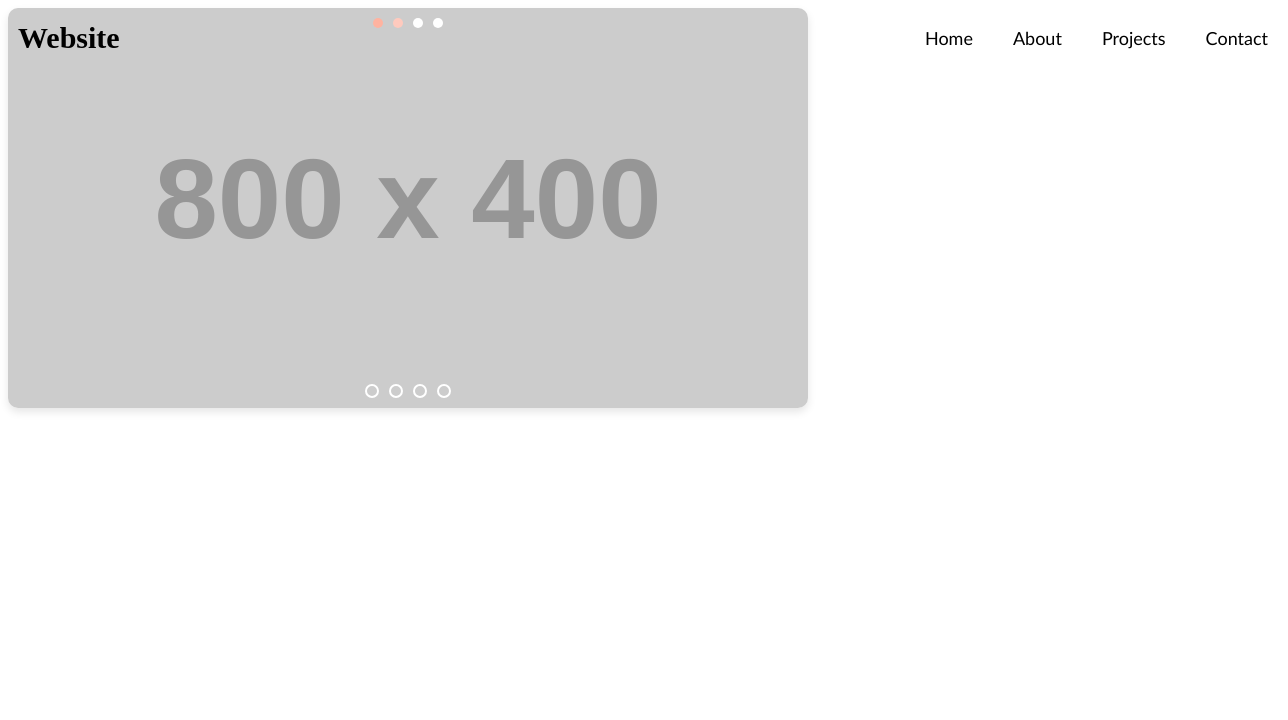
Repository: alishbah7/Choice1
Page: index.html
The author's editor kept a copy of each file at every save. The page is drawn from the files as they stood at one save, then again after the next save.
The browser window is 1280 px wide. The page is 1288 px wide, so the pictures cover 1288 px, including what lies to the right of the window. The pictures show the whole page.

Above is the page before, as saved 2024-11-23 20:40:39.

### index.html
<!DOCTYPE html>
<html lang="en">
<head>
    <meta charset="UTF-8">
    <meta name="viewport" content="width=device-width, initial-scale=1.0">
    <title>Navbar</title>

    <!--=== CSS ===-->
    <link rel="stylesheet" href="style.css">

    <!--=== BOXICONS ===-->
    <link href='https://unpkg.com/boxicons@2.1.4/css/boxicons.min.css' rel='stylesheet' />
</head>
<body>
    <!------------ header ------------>
    <header>
        <h1>Website</h1>

        <input type="checkbox" id="check" />
        <label for="check" class="icon">
            <i class="bx bx-menu" id="menu-icon"></i>
            <i class="bx bx-x" id="close-icon"></i>
        </label>

        <nav class="navbar">
            <a href="#" class="nav-item" style="--i: 1" data-aos="fade-down">Home</a>
            <a href="#" class="nav-item" style="--i: 2" data-aos="fade-down">About</a>
            <a href="#" class="nav-item" style="--i: 3" data-aos="fade-down">Projects</a>
            <a href="#" class="nav-item" style="--i: 4" data-aos="fade-down">Contact</a>
        </nav>
    </header>

    <!------------ home ------------>
    <div class="slider">
        <div class="slides">
          <!-- Radio Buttons for Manual Navigation -->
          <input type="radio" name="radio-btn" id="slide1" checked>
          <input type="radio" name="radio-btn" id="slide2">
          <input type="radio" name="radio-btn" id="slide3">
          <input type="radio" name="radio-btn" id="slide4">

          <!-- Slide Images -->
          <div class="slide first">
            <img src="https://via.placeholder.com/800x400?text=Slide+1" alt="Slide 1">
          </div>
          <div class="slide">
            <img src="https://via.placeholder.com/800x400?text=Slide+2" alt="Slide 2">
          </div>
          <div class="slide">
            <img src="https://via.placeholder.com/800x400?text=Slide+3" alt="Slide 3">
          </div>
          <div class="slide">
            <img src="https://via.placeholder.com/800x400?text=Slide+4" alt="Slide 4">
          </div>

          <!-- Automatic Navigation -->
          <div class="navigation-auto">
            <div class="auto-btn1"></div>
            <div class="auto-btn2"></div>
            <div class="auto-btn3"></div>
            <div class="auto-btn4"></div>
          </div>

          <!-- Manual Navigation -->
          <div class="navigation-manual">
            <label for="slide1" class="manual-btn"></label>
            <label for="slide2" class="manual-btn"></label>
            <label for="slide3" class="manual-btn"></label>
            <label for="slide4" class="manual-btn"></label>
          </div>
        </div>
      </div>

</body>
</html>

### style.css
/* --==== HEADER ====-- */
body{
    width: 100%;
    box-sizing: border-box;
}

header {
    color: white;
    position: fixed;
    width: 100%;
    height: 60px;
    display: flex;
    justify-content: space-between;
    align-items: center;
    padding: 0 10px;
    z-index: 5;
}
header h1{
    font-size: 30px;
    color: black;
}
.navbar{
    display: flex;
    padding: 0 30px;
    gap: 40px;
}
#circleIcon{
    font-size: 6px;
}
.nav-item {
    font-family: 'Gill Sans', 'Gill Sans MT', Calibri, 'Trebuchet MS', sans-serif;
    color: black;
    font-size: 18px;
    text-decoration: none;
    transition: all 0.5s ease;

}
.icon {
    position: absolute;
    right: 5%;
    font-size: 36.8px;
    color: black;
    cursor: pointer;
    display: none;
}

#check {
    display: none;
}
@media (max-width: 870px) {
    #circleIcon{
        display: none;
    }
    header{
        height: 40px;
    }
    header::before {
        position: absolute;
        content: "";
        inset: 0;
        width: 100%;
        backdrop-filter: blur(20px);
        z-index: -1;
    }

    header::after {
        position: absolute;
        content: "";
        top: 0;
        left: -100%;
        width: 100%;
        height: 100%;
        transition: 0.8s;
    }
    .icon {
        display: inline-flex;
    }
    #check:checked ~ .icon #menu-icon {
        display: none;
    }
    .icon #close-icon {
        display: none;
    }
    #check:checked ~ .icon #close-icon {
        display: block;
    }
    .navbar {
        padding: 0;
        display: block;
        position: absolute;
        top: 100%;
        left: 0;
        width: 100%;
        height: 0;
        background: black;
        backdrop-filter: blur(50px);
        box-shadow: 0 8px 16px rgba(0, 0, 0, 0.1);
        overflow: hidden;
        transition: all 0.3s ease;
    }
    #check:checked ~ .navbar {
        height: 256px;
    }
    .nav-item {
        color: white;
        display: block;
        font-size: 17.6px;
        margin: 32px 0;
        text-align: center;
        transform: translateY(-50px);
        opacity: 0;
        transition: all 0.3s ease;
    }
    .nav-item:hover::after {
        width: auto;
    }
    #check:checked ~ .navbar a {
        transform: translateY(0);
        opacity: 1;
        transition-delay: calc(0.15s * var(--i));
    }
}
@media screen and (max-width: 350px) {
    header h1{
      font-size: 20px;
    }
}



/* General Reset */
/* * {
    margin: 0;
    padding: 0;
    box-sizing: border-box;
  }

  body {
    display: flex;
    justify-content: center;
    align-items: center;
    height: 100vh;
    background: #f3f3f3;
    font-family: Arial, sans-serif;
  } */

  .slider {
    width: 800px;
    height: 400px;
    overflow: hidden;
    border-radius: 10px;
    position: relative;
    box-shadow: 0 4px 8px rgba(0, 0, 0, 0.1);
  }

  .slides {
    display: flex;
    width: 400%;
    height: 100%;
  }

  .slides input {
    display: none;
  }

  .slide {
    width: 100%;
    height: 100%;
    transition: transform 0.6s ease-in-out;
  }

  .slide img {
    width: 100%;
    height: 100%;
    object-fit: cover;
  }

  .navigation-manual {
    position: absolute;
    width: 100%;
    bottom: 10px;
    display: flex;
    justify-content: center;
    gap: 10px;
  }

  .manual-btn {
    border: 2px solid #fff;
    padding: 5px;
    border-radius: 50%;
    cursor: pointer;
    transition: background 0.3s;
  }

  .manual-btn:hover {
    background: #fff;
  }

  #slide1:checked ~ .first {
    transform: translateX(0);
  }

  #slide2:checked ~ .first {
    transform: translateX(-100%);
  }

  #slide3:checked ~ .first {
    transform: translateX(-200%);
  }

  #slide4:checked ~ .first {
    transform: translateX(-300%);
  }

  /* Automatic Navigation */
  .navigation-auto {
    position: absolute;
    display: flex;
    width: 100%;
    justify-content: center;
    top: 10px;
    gap: 10px;
  }

  .navigation-auto div {
    width: 10px;
    height: 10px;
    background: #fff;
    border-radius: 50%;
    animation: slide 16s infinite;
  }

  .navigation-auto .auto-btn1 {
    animation-delay: 0s;
  }

  .navigation-auto .auto-btn2 {
    animation-delay: 4s;
  }

  .navigation-auto .auto-btn3 {
    animation-delay: 8s;
  }

  .navigation-auto .auto-btn4 {
    animation-delay: 12s;
  }

  @keyframes slide {
    25% {
      background: #ff7e5f;
    }
    50% {
      background: #fff;
    }
  }

After the next save:
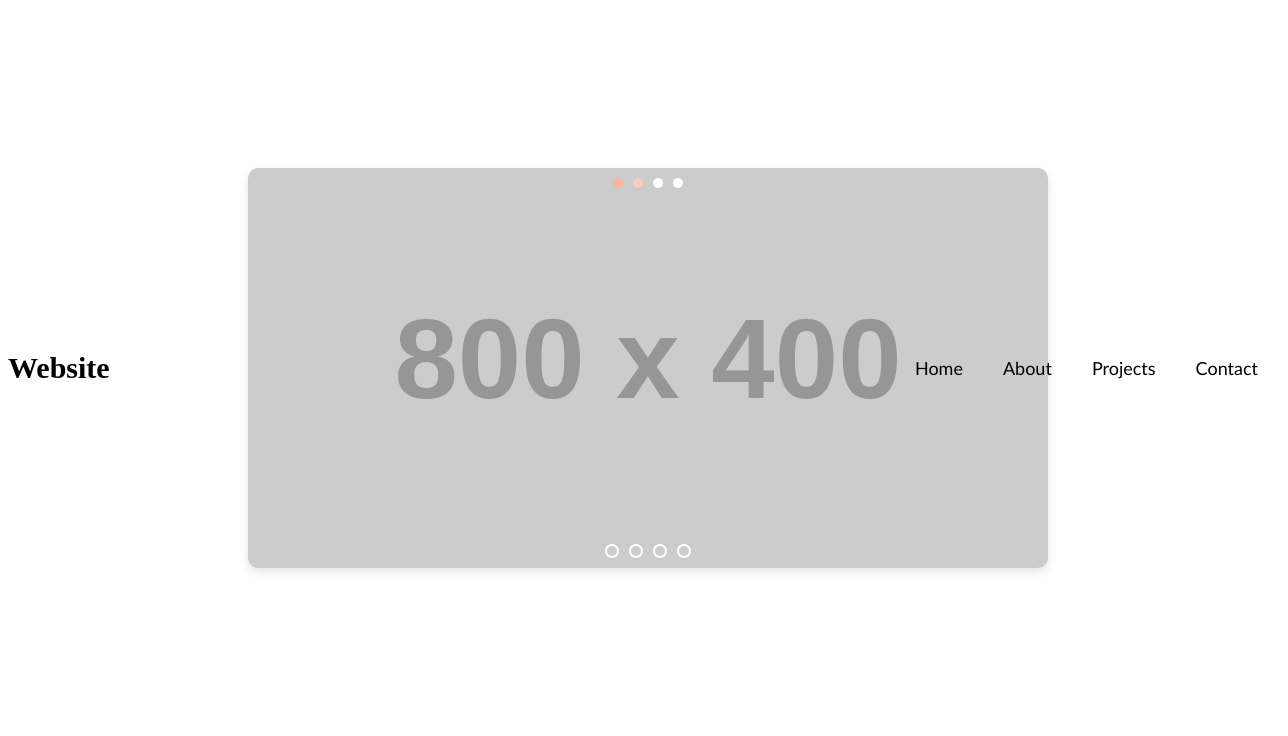
Saved 37 s later.
--- a/style.css
+++ b/style.css
@@ -2,6 +2,10 @@
 body{
     width: 100%;
     box-sizing: border-box;
+    display: flex;
+    justify-content: center;
+    align-items: center;
+    height: 100vh;
 }
 
 header {
